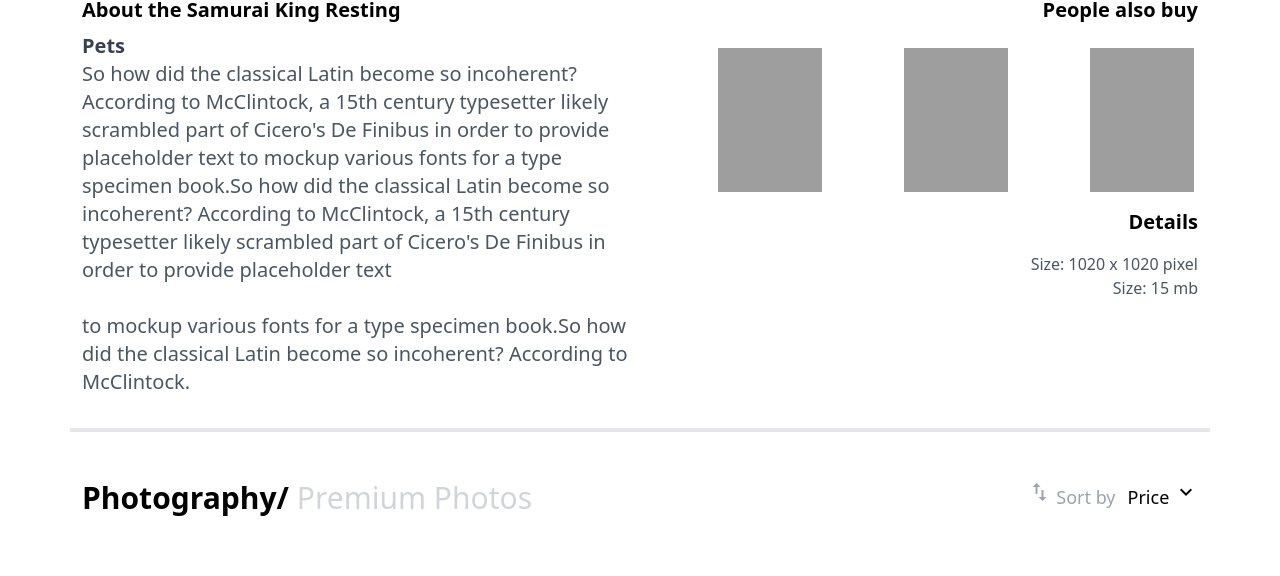
Repository: latenightsnacc/cra-template-html
Page: index.html
The author's editor kept a copy of each file at every save. The page is drawn from the files as they stood at one save, then again after the next save.
The browser window is 1280 px wide. The pictures show the part of the page from y = 528 to 1104 px (the page is 2228 px tall).
Pictures or frames that could not be fetched are drawn as grey boxes. A picture or video elsewhere on the page could not be fetched, so the positions and the page height are approximate.

Above is the page before, as saved 2021-04-22 16:02:52.

After the next save:
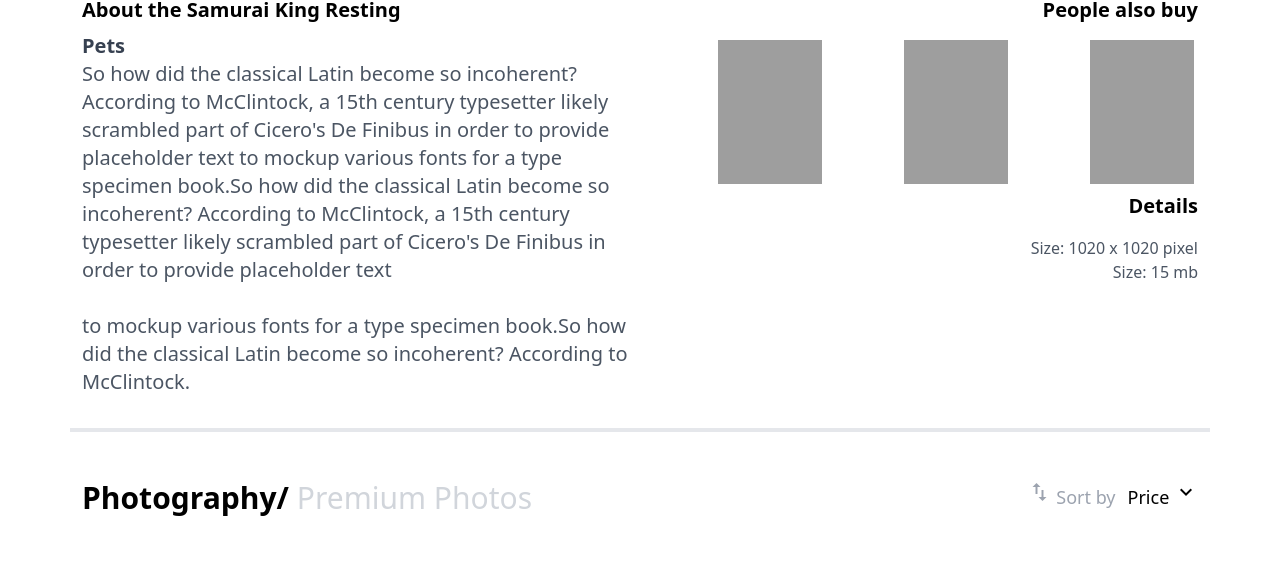
Saved 25 s later.
--- a/index.html
+++ b/index.html
@@ -111,7 +111,7 @@
                     <!--Related Pictures Title-->
                     <h4 class="text-left md:text-right text-black font-bold text-xl">People also buy</h4>
                     <!--Related Images-->
-                    <div class="flex flex-row py-3">
+                    <div class="flex flex-row py-2 md:py-5">
                         <div class="w-full w-1/3">
                             <a href="#" >
                                 <img class="md:float-right px-1 w-24 md:w-28  h-28 md:h-36 md:px-0  " src="/others.jpg" alt=""  >
